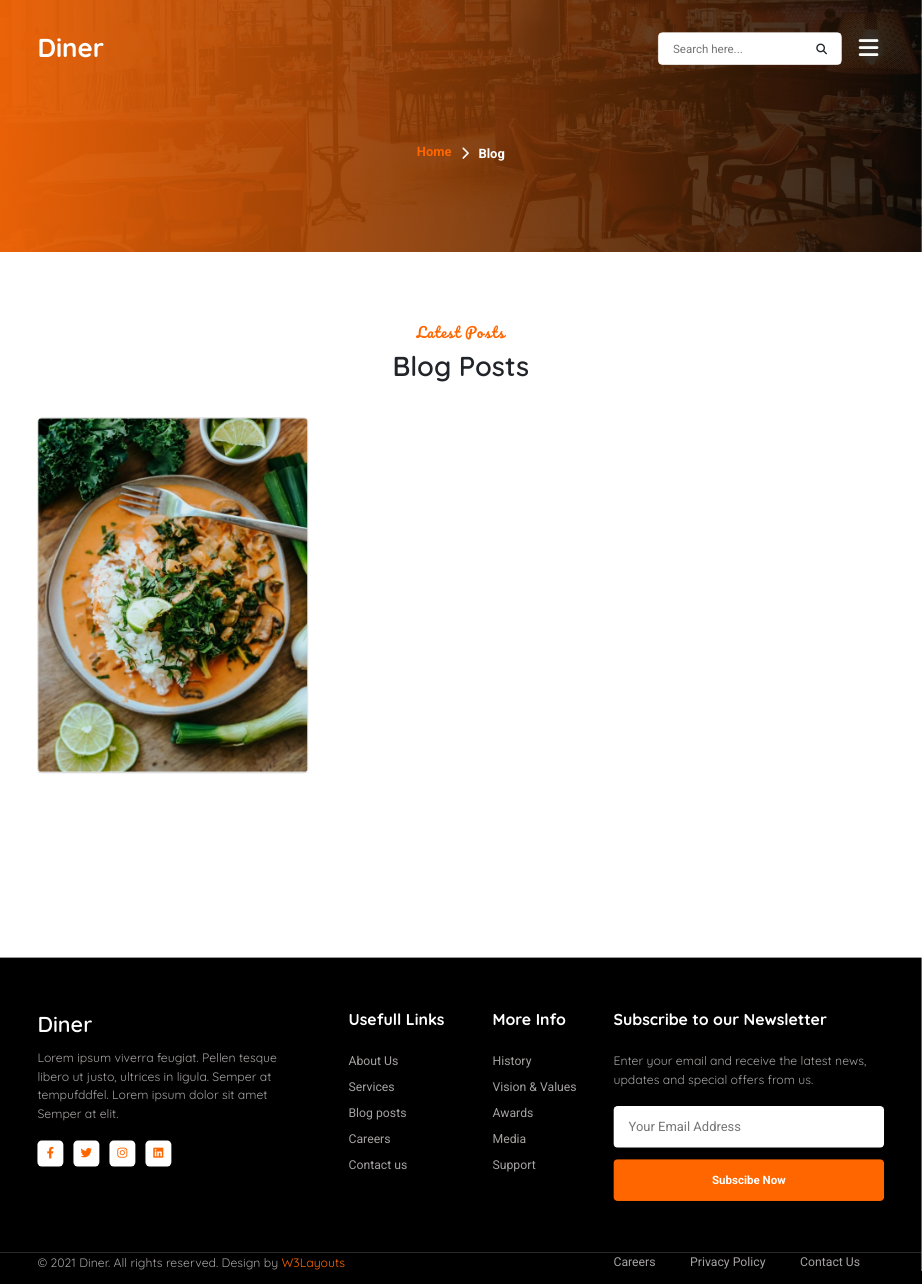
Repository: minhtrivu6199/Diner
Page: blog.html
These files come from the project's save history. The page is drawn as it stood at one moment and after the next save; the edit follows.
The browser window is 1280 px wide. The pictures show the whole page, at 72% of full size.
Backgrounds fixed to the window are drawn as part of the page. The style sheet was rebuilt from its Sass, Less or Tailwind sources for each picture, by a compiler version that may differ from the author's.

Above is the page before, as saved 2022-10-11 23:33:19.

### blog.html
<!DOCTYPE html>
<html lang="en">
  <head>
    <title>Diner</title>
    <!-- Required meta tags -->
    <meta charset="utf-8" />
    <meta
      name="viewport"
      content="width=device-width, initial-scale=1, shrink-to-fit=no"
    />

    <!-- FontAwesome 6.2.0 CSS -->
    <link
      rel="stylesheet"
      href="https://cdnjs.cloudflare.com/ajax/libs/font-awesome/6.2.0/css/all.min.css"
      integrity="sha512-xh6O/CkQoPOWDdYTDqeRdPCVd1SpvCA9XXcUnZS2FmJNp1coAFzvtCN9BmamE+4aHK8yyUHUSCcJHgXloTyT2A=="
      crossorigin="anonymous"
      referrerpolicy="no-referrer"
    />

    <!-- Font -->
    <link rel="preconnect" href="https://fonts.googleapis.com" />
    <link rel="preconnect" href="https://fonts.gstatic.com" crossorigin />
    <link
      href="https://fonts.googleapis.com/css2?family=Roboto:wght@100;300;400;500;700;900&display=swap"
      rel="stylesheet"
    />
    <link
      href="https://fonts.googleapis.com/css2?family=Pacifico&display=swap"
      rel="stylesheet"
    />
    <link
      href="https://fonts.googleapis.com/css2?family=Quicksand:wght@300;400;500;600;700&display=swap"
      rel="stylesheet"
    />

    <!-- Bootstrap CSS v5.2.1 -->
    <link
      href="https://cdn.jsdelivr.net/npm/bootstrap@5.2.1/dist/css/bootstrap.min.css"
      rel="stylesheet"
      integrity="sha384-iYQeCzEYFbKjA/T2uDLTpkwGzCiq6soy8tYaI1GyVh/UjpbCx/TYkiZhlZB6+fzT"
      crossorigin="anonymous"
    />
    <link rel="stylesheet" href="./css/blog.min.css" />
  </head>

  <body>
    <section class="header-banner">
      <div class="container">
        <!-- BANNER HEADER -->
        <div class="banner-header">
          <div class="banner-logo">
            <h1>
              <a href="" class="logo-brand">Diner</a>
            </h1>
          </div>
          <div class="banner-right-content">
            <div class="search-bar">
              <form class="search position-relative">
                <input
                  type="search"
                  class="search-input"
                  placeholder="Search here..."
                />
                <span class="fa fa-search search-icon"></span>
              </form>
            </div>
            <div class="menu text-center">
              <div class="mobile-position">
                <nav class="navigation">
                  <!-- <div class="theme-switch-wrapper">
                      <label for="checkbox" class="theme-switch">
                        <input type="checkbox" id="checkbox" />
                        <div class="mode-container">
                          <i class="fa fa-sun"></i>
                          <i class="fa fa-moon"></i>
                        </div>
                      </label>
                    </div> -->
                </nav>
              </div>
              <div class="mobile-nav-button text-center">
                <button id="trigger-overlay" type="button">
                  <i class="fa fa-bars" aria-hidden="true"></i>
                </button>
              </div>
            </div>
          </div>
          <!-- NAV MENU -->
          <div class="overlay overlay-scale">
            <button type="button" class="overlay-close">
              <i class="fa fa-times" aria-hidden="true"></i>
            </button>

            <nav>
              <ul>
                <li><a href="index.html" class="active">Home</a></li>
                <li><a href="about.html">About</a></li>
                <li><a href="services.html">Services</a></li>
                <li><a href="blog.html">Blog</a></li>
                <li><a href="error.html">404</a></li>
                <li><a href="">Landing Page</a></li>
                <li><a href="contact.html">Contact</a></li>
                <li><a href="">Shot Codes</a></li>
                <li><a href="">Email</a></li>
              </ul>
            </nav>
          </div>
          <!-- END NAV MENU -->
        </div>
        <!-- END BANNER HEADER -->
        <div class="header-breadcrumb text-center">
          <div class="path">
            <a href="./index.html">Home</a>
            <span class="fa fa-chevron-right mx-2"></span>
            <span>Blog</span>
          </div>
        </div>
      </div>
    </section>

    <!-- BLOG -->
    <section class="blog py-5">
        <div class="container py-md-5 py-2">
            <div class="header-title text-center">
                <h6 class="subtitle">
                    Latest Posts
                </h6>
                <h3 class="title mb-5">Blog Posts</h3>
            </div>
            <div class="row">
                <div class="col-lg-8 blog-left">
                    <div class="row">
                        <div class="col-md-6 item">
                            <div class="card">
                                <div class="card-header p-0 position-relative">
                                    <a href="">
                                        <img src="./img/g1.jpg" alt="" class="card-img d-block radius-image">
                                    </a>
                                </div>
                                <div class="card-body p-0 card-details"></div>
                            </div>
                        </div>
                        <div class="col-md-6 item mt-lg-0 mt-5"></div>
                        <div class="col-md-6 item mt-5"></div>
                        <div class="col-md-6 item mt-5"></div>
                        <div class="col-md-6 item mt-5"></div>
                        <div class="col-md-6 item mt-5"></div>
                        <div class="col-12 pagination mt-5 pt-lg-3 text-center"></div>
                    </div>
                </div>
                <div class="col-lg-4 blog-right ps-lg-5 mt-lg-0 mt-4"></div>
            </div>
        </div>
    </section>
    <!-- END BLOG -->


    <!-- FOOTER -->
    <section class="footer">
      <div class="py-5">
        <div class="container py-lg-4">
          <div class="row">
            <div class="col-lg-4 col-md-6 col-sm-7 pe-lg-5">
              <div class="footer-logo mb-3">
                <h2>
                  <a href="./index.html" class="navbar-brand">Diner</a>
                </h2>
              </div>
              <p>
                Lorem ipsum viverra feugiat. Pellen tesque libero ut justo,
                ultrices in ligula. Semper at tempufddfel. Lorem ipsum dolor sit
                amet Semper at elit.
              </p>
              <div class="social mt-4">
                <a href="" class="icon">
                  <span class="fab fa-facebook-f"></span>
                </a>
                <a href="" class="icon">
                  <span class="fab fa-twitter"></span>
                </a>
                <a href="" class="icon">
                  <span class="fab fa-instagram"></span>
                </a>
                <a href="" class="icon">
                  <span class="fab fa-linkedin"></span>
                </a>
              </div>
            </div>
            <div class="col-lg-2 col-md-6 col-sm-5 col-6 mt-sm-0 mt-5">
              <ul>
                <h6 class="footer-title">Usefull Links</h6>
                <li>
                  <a href="">About Us</a>
                </li>
                <li>
                  <a href="">Services</a>
                </li>
                <li>
                  <a href="">Blog posts</a>
                </li>
                <li>
                  <a href="">Careers</a>
                </li>
                <li>
                  <a href="">Contact us</a>
                </li>
              </ul>
            </div>
            <div class="col-lg-2 col-md-6 col-sm-5 col-6 mt-sm-0 mt-5">
              <ul>
                <h6 class="footer-title">More Info</h6>
                <li>
                  <a href="">History</a>
                </li>
                <li>
                  <a href="">Vision & Values</a>
                </li>
                <li>
                  <a href="">Awards</a>
                </li>
                <li>
                  <a href="">Media</a>
                </li>
                <li>
                  <a href="">Support</a>
                </li>
              </ul>
            </div>
            <div class="col-lg-4 col-md-6 col-sm-7 mt-lg-0 mt-5">
              <h6 class="footer-title">Subscribe to our Newsletter</h6>
              <p>
                Enter your email and receive the latest news, updates and
                special offers from us.
              </p>
              <form action="" class="subscribe mt-4">
                <input
                  type="email"
                  name="email"
                  placeholder="Your Email Address"
                />
                <button class="btn-style w-100 mt-3">Subscibe Now</button>
              </form>
            </div>
          </div>
        </div>
      </div>
    </section>
    <section class="copyright">
      <div class="container">
        <div class="row">
          <div class="col-lg-8">
            <p>
              © 2021 Diner. All rights reserved. Design by
              <a href="">W3Layouts</a>
            </p>
          </div>
          <div class="col-lg-4">
            <div class="d-flex text-lg-end">
              <a href="">Careers</a>
              <a href="" class="mx-lg-5 mx-md-4 mx-3">Privacy Policy</a>
              <a href="">Contact Us</a>
            </div>
          </div>
        </div>
      </div>
    </section>
    <!-- Bootstrap JavaScript Libraries -->
    <script
      src="https://cdn.jsdelivr.net/npm/@popperjs/core@2.11.6/dist/umd/popper.min.js"
      integrity="sha384-oBqDVmMz9ATKxIep9tiCxS/Z9fNfEXiDAYTujMAeBAsjFuCZSmKbSSUnQlmh/jp3"
      crossorigin="anonymous"
    ></script>

    <script
      src="https://cdn.jsdelivr.net/npm/bootstrap@5.2.1/dist/js/bootstrap.min.js"
      integrity="sha384-7VPbUDkoPSGFnVtYi0QogXtr74QeVeeIs99Qfg5YCF+TidwNdjvaKZX19NZ/e6oz"
      crossorigin="anonymous"
    ></script>

    <!-- JS -->
    <script src="./js/modernizr-2.6.2.min.js"></script>
    <script src="./js/classie.js"></script>
    <script src="./js/main.js"></script>
  </body>
</html>

### js/classie.js
/*!
 * classie - class helper functions
 * from bonzo https://github.com/ded/bonzo
 *
 * classie.has( elem, 'my-class' ) -> true/false
 * classie.add( elem, 'my-new-class' )
 * classie.remove( elem, 'my-unwanted-class' )
 * classie.toggle( elem, 'my-class' )
 */

/*jshint browser: true, strict: true, undef: true */
/*global define: false */

(function (window) {
  "use strict";

  // class helper functions from bonzo https://github.com/ded/bonzo

  function classReg(className) {
    return new RegExp("(^|\\s+)" + className + "(\\s+|$)");
  }

  // classList support for class management
  // altho to be fair, the api sucks because it won't accept multiple classes at once
  var hasClass, addClass, removeClass;

  if ("classList" in document.documentElement) {
    hasClass = function (elem, c) {
      return elem.classList.contains(c);
    };
    addClass = function (elem, c) {
      elem.classList.add(c);
    };
    removeClass = function (elem, c) {
      elem.classList.remove(c);
    };
  } else {
    hasClass = function (elem, c) {
      return classReg(c).test(elem.className);
    };
    addClass = function (elem, c) {
      if (!hasClass(elem, c)) {
        elem.className = elem.className + " " + c;
      }
    };
    removeClass = function (elem, c) {
      elem.className = elem.className.replace(classReg(c), " ");
    };
  }

  function toggleClass(elem, c) {
    var fn = hasClass(elem, c) ? removeClass : addClass;
    fn(elem, c);
  }

  var classie = {
    // full names
    hasClass: hasClass,
    addClass: addClass,
    removeClass: removeClass,
    toggleClass: toggleClass,
    // short names
    has: hasClass,
    add: addClass,
    remove: removeClass,
    toggle: toggleClass,
  };

  // transport
  if (typeof define === "function" && define.amd) {
    // AMD
    define(classie);
  } else {
    // browser global
    window.classie = classie;
  }
})(window);

### js/main.js
(function () {
  var container = document.querySelector("div.container"),
    triggerBttn = document.getElementById("trigger-overlay"),
    overlay = document.querySelector("div.overlay"),
    closeBttn = overlay.querySelector("button.overlay-close");
  (transEndEventNames = {
    WebkitTransition: "webkitTransitionEnd",
    MozTransition: "transitionend",
    OTransition: "oTransitionEnd",
    msTransition: "MSTransitionEnd",
    transition: "transitionend",
  }),
    (transEndEventName = transEndEventNames[Modernizr.prefixed("transition")]),
    (support = { transitions: Modernizr.csstransitions });

  function toggleOverlay() {
    if (classie.has(overlay, "open")) {
      classie.remove(overlay, "open");
      classie.remove(container, "overlay-open");
      classie.add(overlay, "close");
      var onEndTransitionFn = function (ev) {
        if (support.transitions) {
          if (ev.propertyName !== "visibility") return;
          this.removeEventListener(transEndEventName, onEndTransitionFn);
        }
        classie.remove(overlay, "close");
      };
      if (support.transitions) {
        overlay.addEventListener(transEndEventName, onEndTransitionFn);
      } else {
        onEndTransitionFn();
      }
    } else if (!classie.has(overlay, "close")) {
      classie.add(overlay, "open");
      classie.add(container, "overlay-open");
    }
  }

  triggerBttn.addEventListener("click", toggleOverlay);
  closeBttn.addEventListener("click", toggleOverlay);
})();

### scss/pages/blog/blog.scss
@import "../../base/variables";
@import "../components/menu";
@import "../components/header";
@import "../components/footer";

### scss/base/_variables.scss
// Color
$blue: #007bff;
$indigo: #6610f2;
$purple: #6f42c1;
$pink: #e83e8c;
$red: #dc3545;
$orange: #ff6600;
$yellow: #ffc107;
$green: #28a745;
$teal: #20c997;
$cyan: #17a2b8;
$white: #fff;
$light-gray: #f7f7f7;
$gray: #6c757d;
$gray-dark: #343a40;
$light-orange: #f8b195;
$success: #28a745;
$info: #17a2b8;
$warning: #ffc107;
$danger: #dc3545;
$light: #f8f9fa;
$dark: #343a40;
$font-color: rgba(22, 28, 45, 0.7);

*, ::after, ::before {
    margin: 0;
    padding: 0;
    box-sizing: border-box;
}

html,
body {
  font-family: "Roboto", sans-serif;
}
a {
  text-decoration: none;
  background-color: transparent;
  cursor: pointer;
}

.container {
    max-width: 1200px;
}

.subtitle {
    font-family: 'Pacifico', cursive;
    font-size: 20px;
    font-weight: 400;
    line-height: 30px;
    letter-spacing: 1px;
    color: $orange;
}

.title {
    font-size: 38px;
    line-height: 48px;
    font-weight: 600;
    font-family: 'Quicksand', sans-serif;
}

p {
    font-size: 18px;
    line-height: 28px;
    font-family: 'Quicksand', sans-serif;
}

h1,h2,h3,h4,h5,h6 {
    font-family: 'Quicksand', sans-serif;
}

.btn-style {
    padding: 12px 45px;
    font-size: 16px;
    line-height: 30px;
    font-weight: 700;
    transition: 0.3 ease-in;
    border-radius: 6px;
    border: 2px solid transparent;
    color: $white;
    background-color: $orange;
    &:hover {
        color: $white;
        background-color: $orange;
        opacity: 0.8;
        border: 2px solid $orange;
    }
}

### scss/pages/components/_menu.scss
@import '../../base/variables';
.overlay {
	position: fixed;
	width: 100%;
	height: 100%;
	top: 0;
	left: 0;
	background: rgb(6 3 0 / 77%);
}

/* Overlay closing cross */
.overlay .overlay-close {
    width: 40px;
    height: 40px;
    position: absolute;
    right: 40px;
    top: 40px;
    overflow: hidden;
    border: none;
    background: $orange;
    color: #fff;
    border-radius: 6px;
}

button#trigger-overlay {
	outline: none;
	border: none;
	background: none;
	text-align: center;
	color: #fbfdfb;
	font-size: 1.95em;
	padding: 0 8px;
}

/* Menu style */
.overlay nav {
	text-align: center;
	position: relative;
	top: 50%;
	height: 60%;
	-webkit-transform: translateY(-50%);
	transform: translateY(-50%);
}
.overlay ul {
	list-style: none;
	padding: 0;
	margin: 0 auto;
	display: inline-block;
	height: 100%;
	position: relative;
}
.overlay ul li {
	display: block;
	-webkit-backface-visibility: hidden;
	backface-visibility: hidden;
    line-height:3em;
}
.overlay ul li a {
	font-size: 20px;
	font-weight: 600;
	display: block;
	color: #fff;
	-webkit-transition: color 0.2s;
	transition: color 0.2s;
}

.overlay ul li a:hover,
.overlay ul li a:focus {
	color: $orange;
}

/* Effects */
.overlay-scale {
	visibility: hidden;
	opacity: 0;
	-webkit-transform: scale(0.9);
	transform: scale(0.9);
	-webkit-transition: -webkit-transform 0.2s, opacity 0.2s, visibility 0s 0.2s;
	transition: transform 0.2s, opacity 0.2s, visibility 0s 0.2s;
}

.overlay-scale.open {
	visibility: visible;
	opacity: 1;
	-webkit-transform: scale(1);
	transform: scale(1);
	-webkit-transition: -webkit-transform 0.4s, opacity 0.4s;
	transition: transform 0.4s, opacity 0.4s;
}

@media screen and (max-height: 30.5em) {
	.overlay nav {
		height: 70%;
		font-size: 34px;
	}

	.overlay ul li {
		min-height: 34px;
	}
}
@media (max-width:767px) {
	.overlay ul li a {
		font-size: 16px;
	}
	.overlay ul li {
		line-height: 2.5em;
	}
}
@media (max-width:600px) {
	.overlay ul li a {
		font-size: 16px;
	}
	.overlay ul li {
		line-height: 2.2em;
	}
}

### scss/pages/components/_header.scss
.header-banner {
    background-image: linear-gradient(to right, rgb(236 98 6 / 98%), rgb(5 3 0 / 83%)),
      url(../img/banner2.jpg);
    background-size: cover;
    background-position: center;
    background-repeat: no-repeat;
    background-attachment: fixed;
    min-height: 350px;
    .container {
      .banner-header {
        display: flex;
        justify-content: space-between;
        align-items: center;
        padding: 40px 0 20px 0;
        .banner-logo {
          .logo-brand {
            font-size: 36px;
            font-weight: 700;
            color: $white;
          }
        }

        .banner-right-content {
          display: flex;
          justify-content: center;
          align-items: center;
          .search-bar {
            display: flex;
            .search {
              .search-input {
                padding: 10px 50px 10px 20px;
                height: 45px;
                font-size: 16px;
                color: $font-color;
                font-weight: 400;
                border-radius: 6px;
                position: relative;
                right: 0;
                background: $white;
                outline: 0;
                border: 1px solid $white;
              }
              .search-icon {
                position: absolute;
                right: 20px;
                font-size: 15px;
                cursor: pointer;
                top: 15px;
              }
            }
          }

          .menu {
            display: flex;
            justify-content: center;
            align-items: center;
            .mobile-nav-button {
              margin-left: 1rem;
            }
          }
        }
      }

      .header-breadcrumb {
        .path {
            padding-top: 81px;
            a {
                color: $orange;
                font-size: 18px;
                font-weight: 600;
            }

            span {
                position: relative;
                display: inline-block;
                vertical-align: middle;
                font-size: 18px;
                line-height: 1.5;
                font-weight: 600;
                color: $white;
            }
        }
      }
    }
  }

### scss/pages/components/_footer.scss
.footer {
  background: #000;
  .footer-logo {
    h2 a {
      font-size: 30px;
      font-weight: 600;
      color: $white;
    }
  }

  p {
    font-size: 17px;
    line-height: 26px;
    color: #a5a2a1;
  }
  .social {
    a {
      margin-right: 10px;
      color: $orange;
      display: inline-block;
      text-align: center;
      font-size: 16px;
      background-color: $white;
      width: 36px;
      height: 36px;
      line-height: 36px;
      border-radius: 6px;
      transition: 0.3s;
      &:hover {
        color: $white;
        background-color: $orange;
      }
    }
  }

  .footer-title {
    font-size: 22px;
    line-height: 28px;
    margin-bottom: 30px;
    font-weight: 700;
    position: relative;
    color: $white;
  }
  li {
    list-style: none;
    margin-bottom: 10px;
    a {
      font-size: 17px;
      line-height: 26px;
      color: #a5a2a1;
      &:hover {
        color: $orange;
      }
    }
  }
  input {
    padding: 14px 20px;
    font-size: 18px;
    line-height: 28px;
    border: 1px solid transparent;
    outline: none;
    width: 100%;
    color: $font-color;
    background: $white;
    border-radius: 6px;
    &:focus {
        border: 1px solid $orange;
    }
  }
}

.copyright {
    background: #000;
    p {
        color: #a5a2a1;
        font-size: 17px;
        a {
            color: $orange;
            &:hover {
                color: $white;
            }
        }
    }

    a {
        font-size: 17px;
        line-height: 26px;
        color: #a5a2a1;
        &:hover {
            color: $orange;
        }
    }
}

Loaded but not shown: js/modernizr-2.6.2.min.js (library)

After the next save:
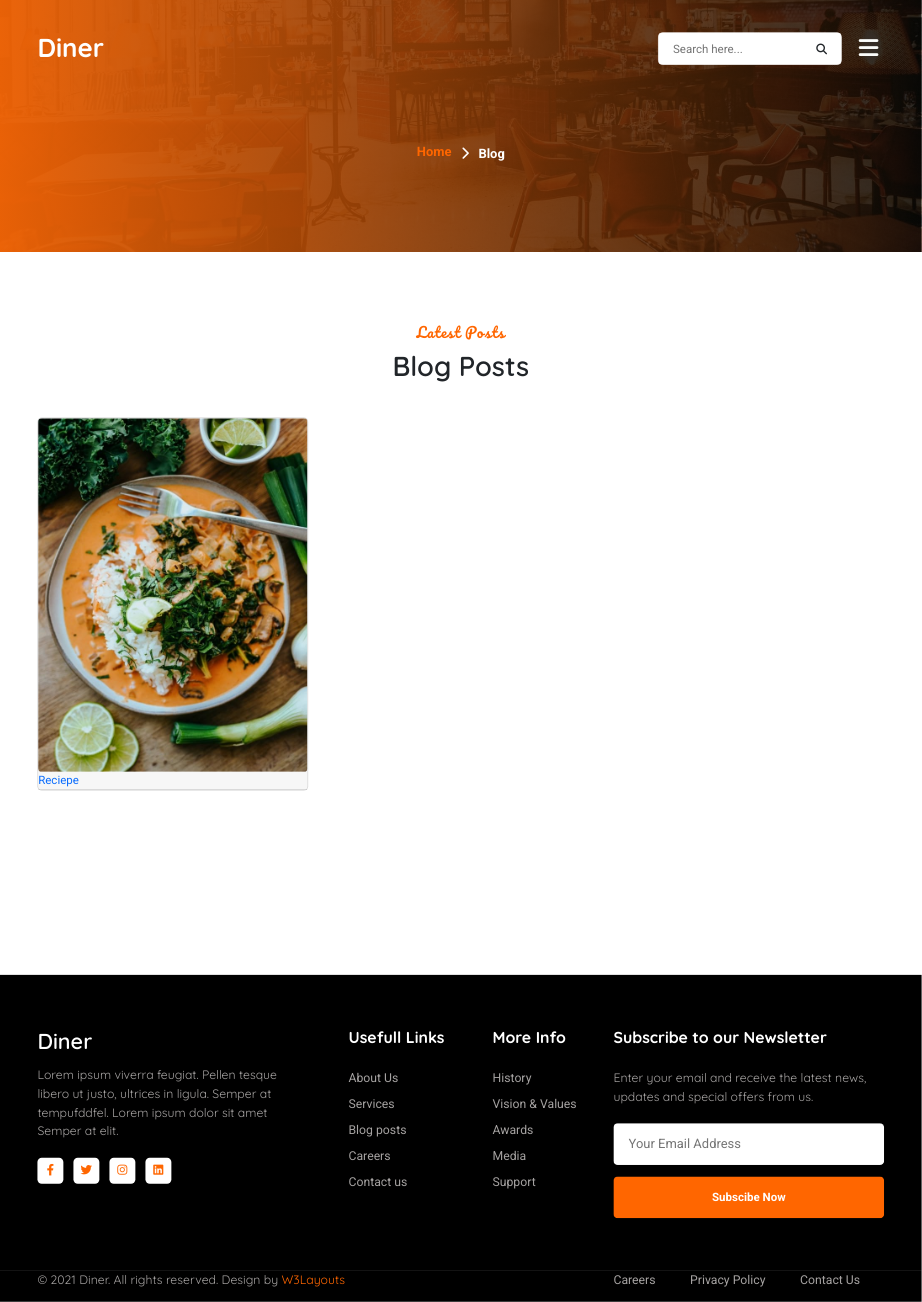
Saved 118 s later.
--- a/blog.html
+++ b/blog.html
@@ -137,6 +137,9 @@
                                     <a href="">
                                         <img src="./img/g1.jpg" alt="" class="card-img d-block radius-image">
                                     </a>
+                                    <div class="info">
+                                        <a href="" class="info-title">Reciepe</a>
+                                    </div>
                                 </div>
                                 <div class="card-body p-0 card-details"></div>
                             </div>
